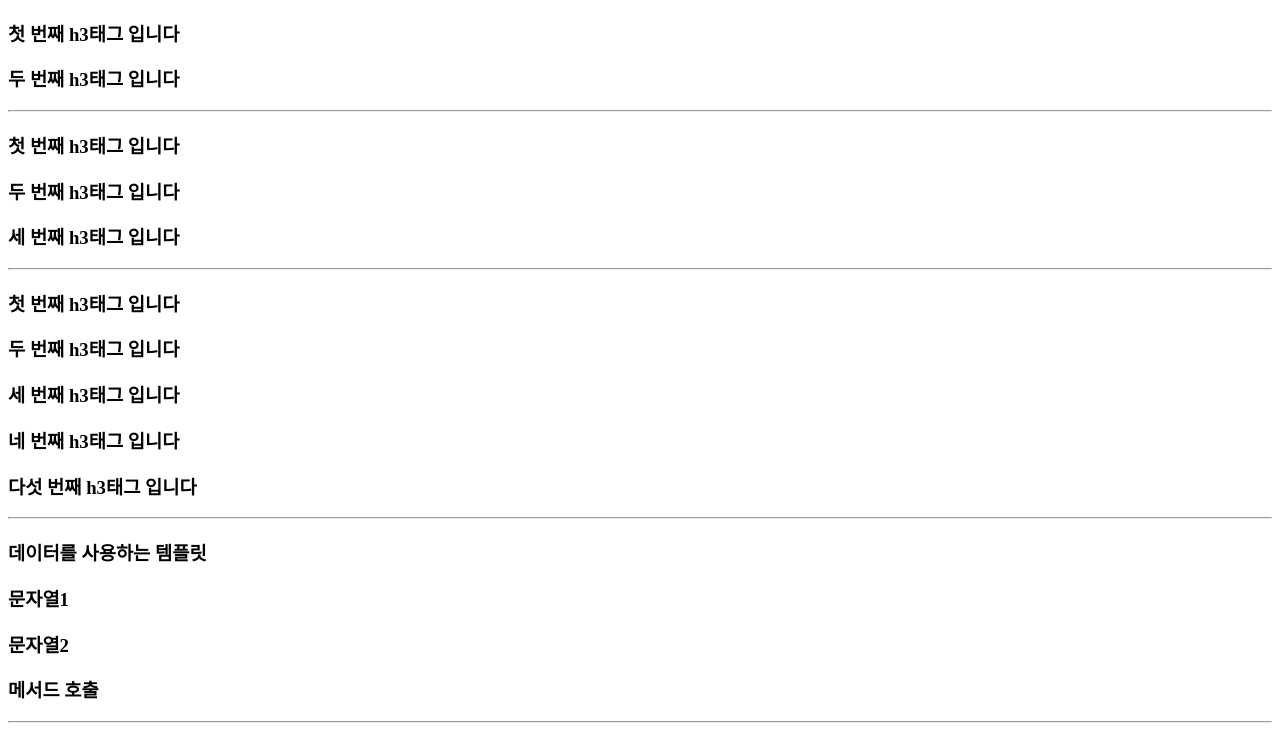
Repository: HyoJun00/Vue_JS
Page: Component/src/main/webapp/index.html
An editor plug-in stored every save of this project. The page is shown before and after the next save, followed by the edit.
The browser window is 1280 px wide. The pictures show the whole page.

Above is the page before, as saved 2025-07-15 06:01:57.

After the next save:
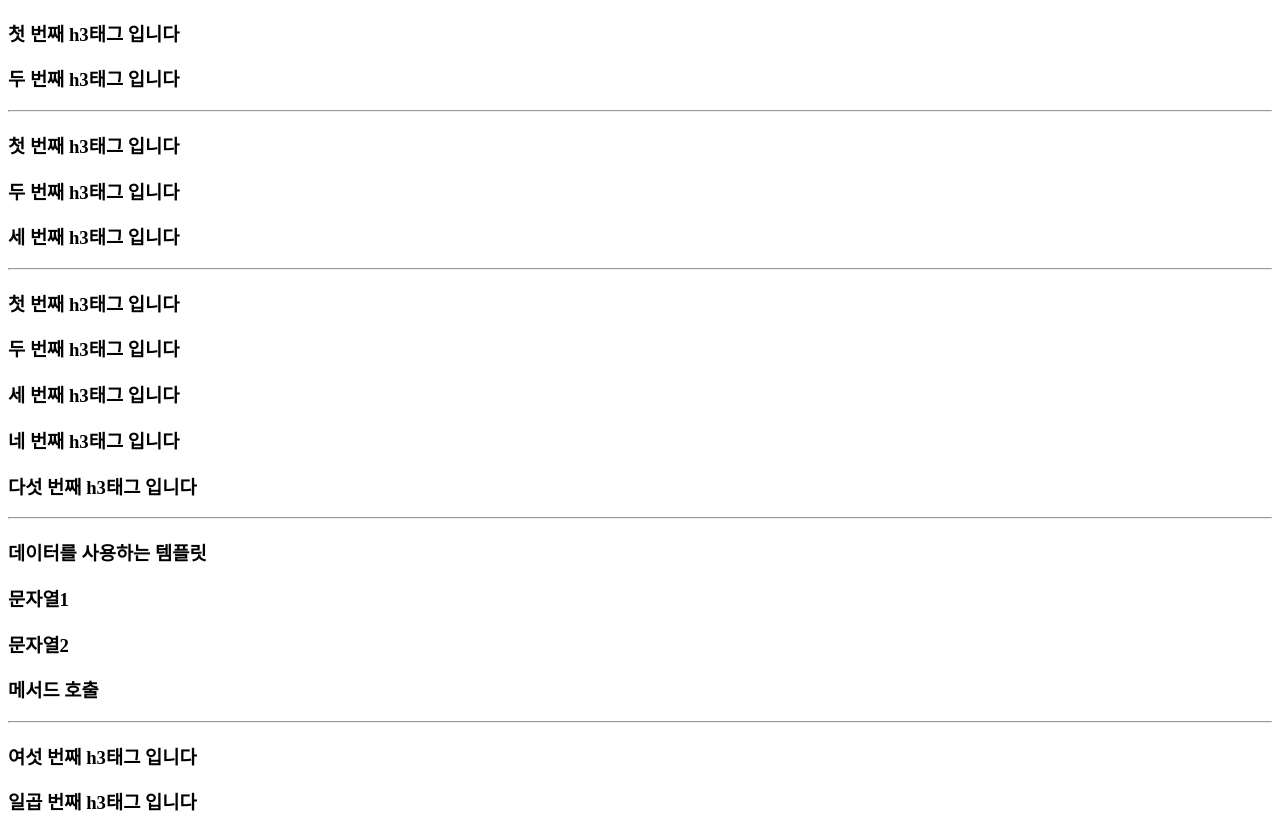
Saved 25 s later.
--- a/Component/src/main/webapp/index.html
+++ b/Component/src/main/webapp/index.html
@@ -100,7 +100,8 @@
 	</div>
 	<hr/>
 	<div id="test5">
-
+		<component5></component5>
+		<component6></component6>
 	</div>
 </body>
 </html>
